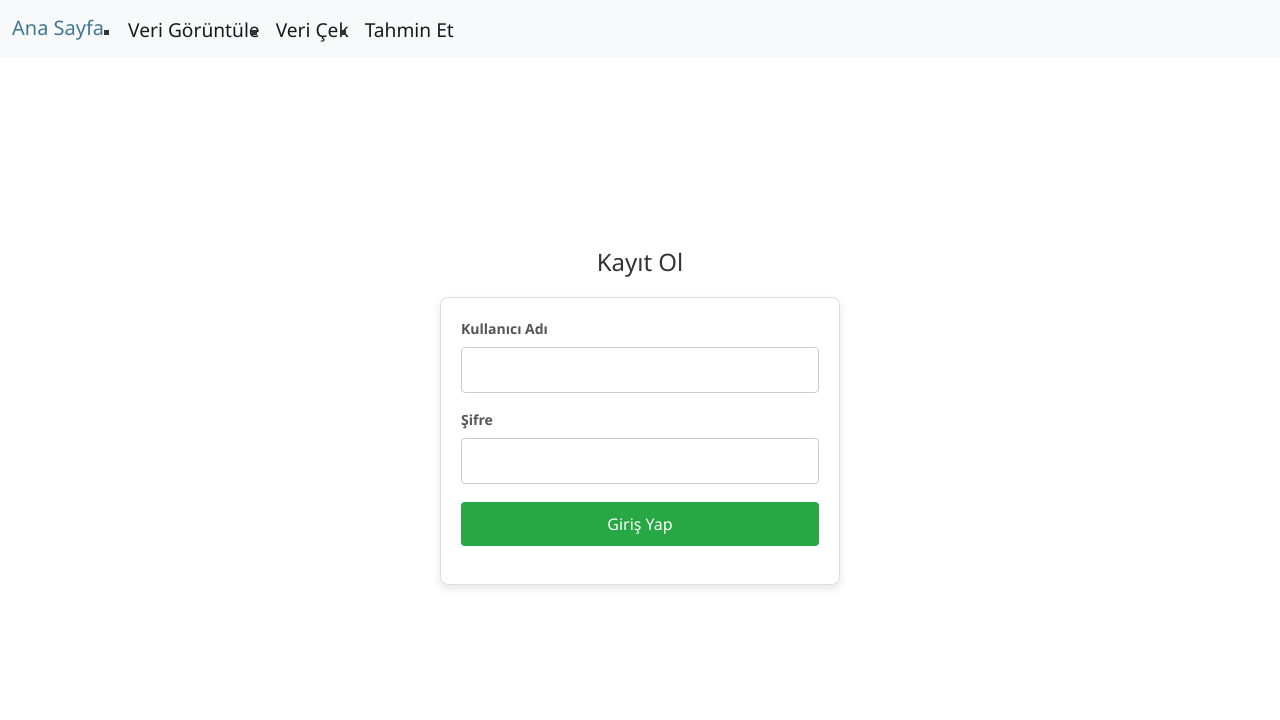
Repository: keremtanil/football_match_result_prediction
Page: http://localhost/account/register
An editor plug-in stored every save of this project. The page is shown before and after the next save, followed by the edit.
The browser window is 1280 px wide. The pictures show the whole page.
The page is served by the project's application, run on Django 3.2 (blogapp/manage.py).

Above is the page before, as saved 2025-01-06 19:49:52.

After the next save:
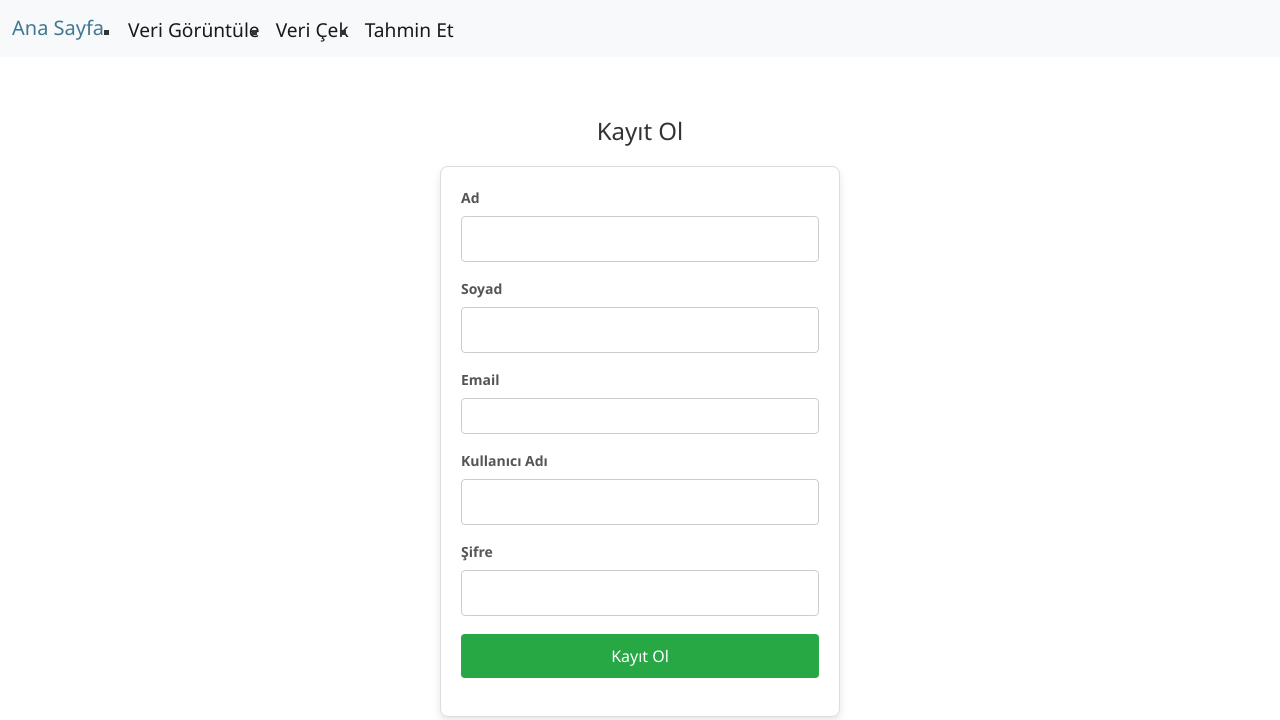
Saved 3 min 22 s later.
--- a/blogapp/account/templates/account/register.html
+++ b/blogapp/account/templates/account/register.html
@@ -16,6 +16,18 @@
                 </div>
             {% endif %}
             <div class="mb-3">
+                <label for="name" class="form-label">Ad</label>
+                <input type="text" class="form-control" name="name">
+            </div>
+            <div class="mb-3">
+                <label for="surname" class="form-label">Soyad</label>
+                <input type="text" class="form-control" name="surname">
+            </div>
+            <div class="mb-3">
+                <label for="email" class="form-label">Email</label>
+                <input type="email" class="form-control" name="email">
+            </div>
+            <div class="mb-3">
                 <label for="username" class="form-label">Kullanıcı Adı</label>
                 <input type="text" class="form-control" name="username">
             </div>
@@ -24,7 +36,7 @@
                 <input type="password" class="form-control" name="password">
             </div>
             <div class="mb-3">
-                <input type="submit" value="Giriş Yap" class="btn btn-success">
+                <input type="submit" value="Kayıt Ol" class="btn btn-success">
             </div>
 </div>
 {% endblock %}
